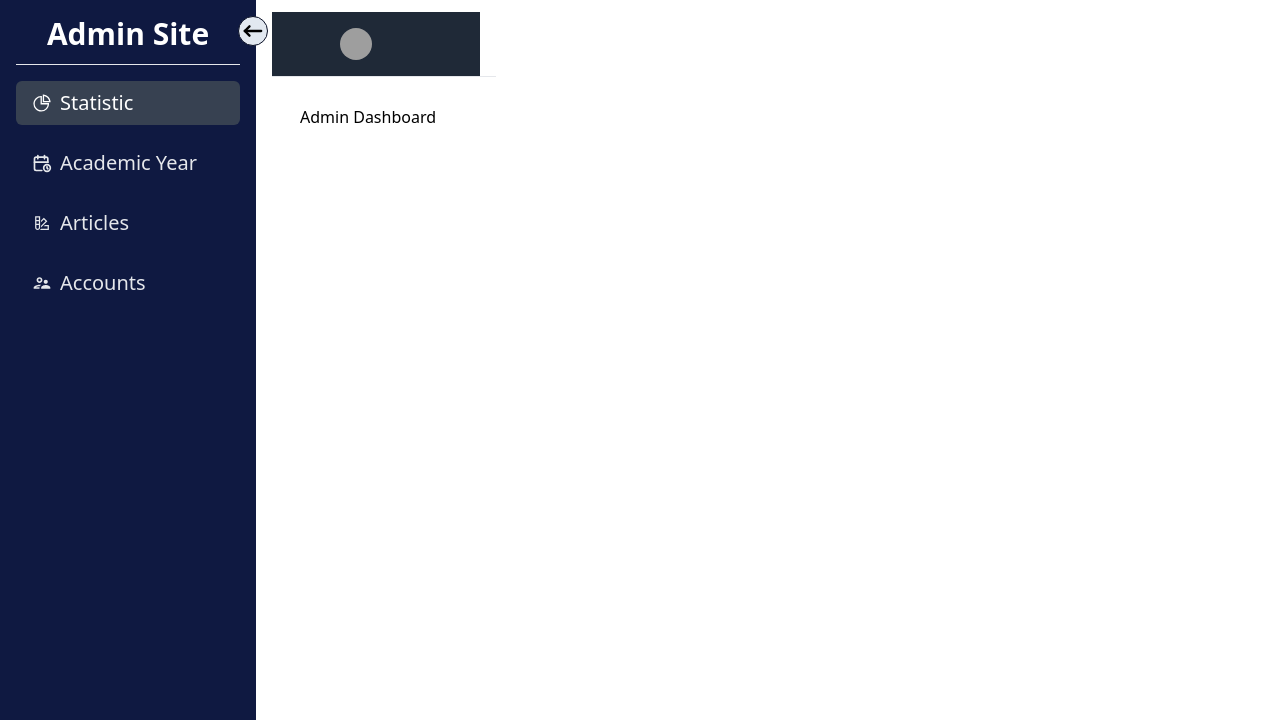
Repository: huynhvanngoan/COMP1640FE-Template
Page: /admin
An editor plug-in stored every save of this project. The page is shown before and after the next save, followed by the edit.
The browser window is 1280 px wide. The pictures show the whole page.
Pictures or frames that could not be fetched are drawn as grey boxes. The project was rebuilt for these pictures with package versions that can differ from the ones it lists, and the page was loaded fresh each time. Also part of the build but not shown: src/components/buttonStyles.js, src/pages/LoginPage.jsx, src/pages/student/StudentDashboard.jsx, src/pages/department/DepartmentDashboard.jsx, src/pages/marketing/MarketingDashboard.jsx, src/pages/guest/GuestDashboard.jsx.

Above is the page before, as saved 2024-03-24 07:44:04.

After the next save:
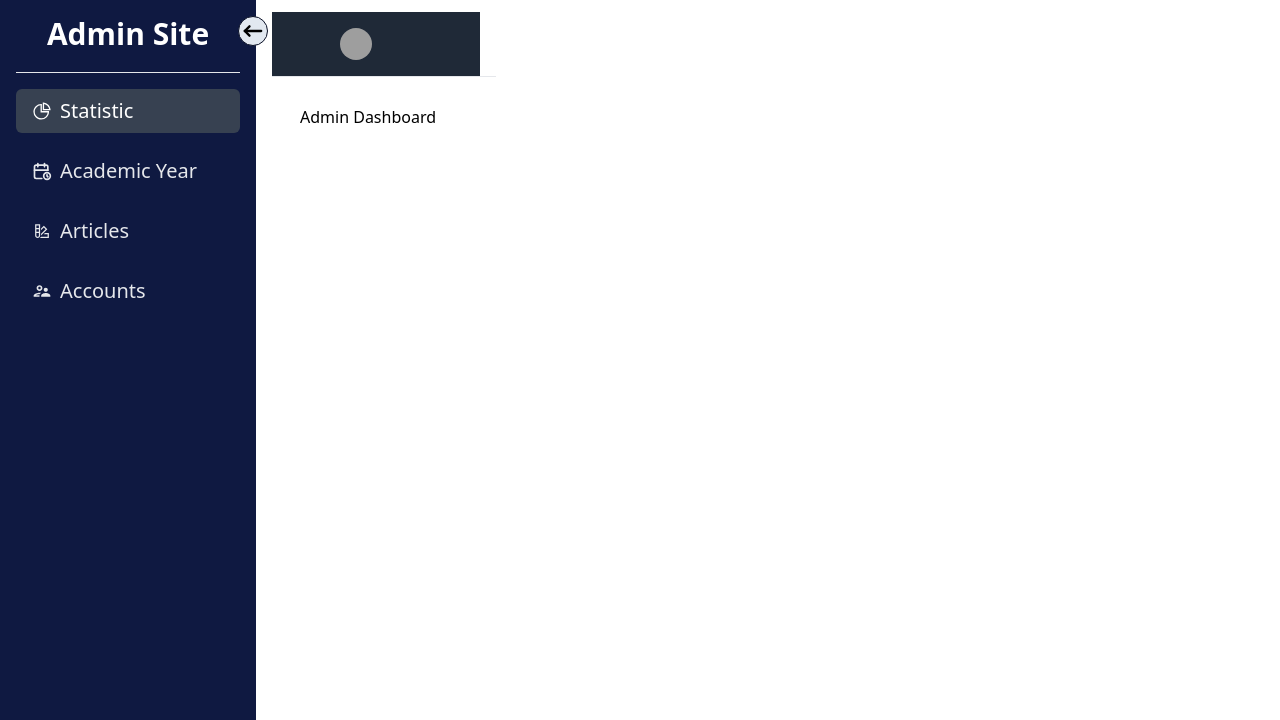
Saved 35 s later.
--- a/src/pages/admin/Sidebar.js
+++ b/src/pages/admin/Sidebar.js
@@ -31,7 +31,7 @@ export default function Sidebar() {
   return (
     <div className={`left-0 top-0 h-screen bg-[#0f1941] p-4 ${colapse ? "w-64" : "w-20"} duration-300`}>
         <div className='flex flex-col'>
-           <div className='relative flex h-10 justify-end'>
+           <div className='relative flex h-12 justify-end'>
             {
               colapse ? (<h1 className='text-white text-3xl font-bold mx-auto '>Admin Site</h1>) : ''
             }
